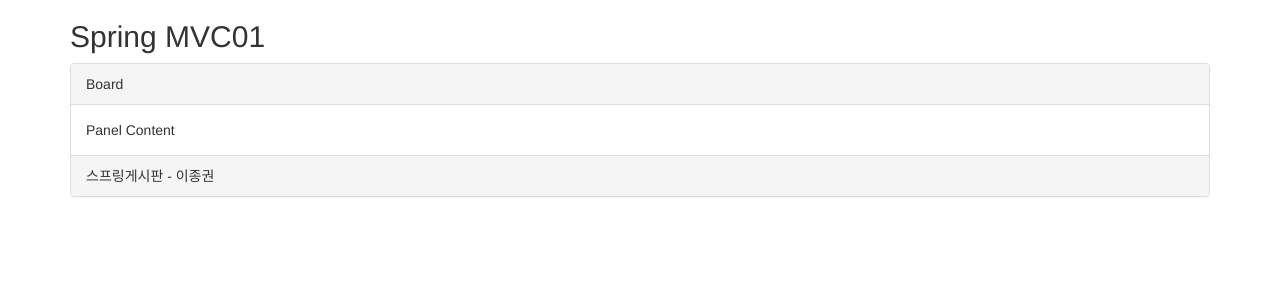
Repository: leejonggwon/PBG_SpringProject
Page: http://localhost/SpringMVC01/boardList.do
These files come from the project's save history. The page is drawn as it stood at one moment and after the next save; the edit follows.
The browser window is 1280 px wide. The pictures show the whole page.
The page is served by Tomcat 9. Other server files are loaded and not shown.

Above is the page before, as saved 2025-07-31 06:54:51.

### SpringMVC01/src/main/webapp/WEB-INF/views/boardList.jsp
<%@ page language="java" contentType="text/html; charset=UTF-8"
    pageEncoding="UTF-8"%>
<%@ taglib prefix="c" uri="http://java.sun.com/jsp/jstl/core"%>
<!DOCTYPE html>
<html>
<head>
<meta charset="UTF-8">
<title>Insert title here</title>
<link rel="stylesheet" href="https://maxcdn.bootstrapcdn.com/bootstrap/3.4.1/css/bootstrap.min.css">
<script src="https://ajax.googleapis.com/ajax/libs/jquery/3.7.1/jquery.min.js"></script>
<script src="https://maxcdn.bootstrapcdn.com/bootstrap/3.4.1/js/bootstrap.min.js"></script>
</head>
<body>
	<div class="container">
		<h2>Spring MVC01</h2>
		<div class="panel panel-default">
			<div class="panel-heading">Board</div>
			<div class="panel-body">Panel Content</div>
			<div class="panel-footer">스프링게시판 - 이종권</div>
		</div>
	</div>
</body>
</html>

After the next save:
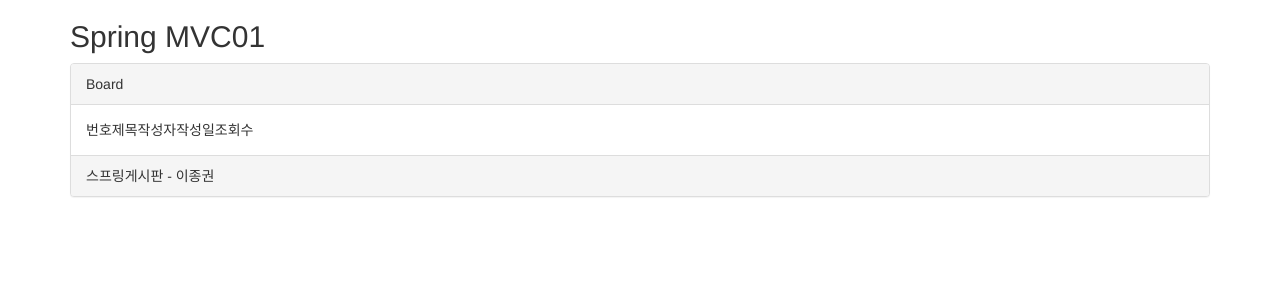
Saved 18 min 36 s later.
--- a/SpringMVC01/src/main/webapp/WEB-INF/views/boardList.jsp
+++ b/SpringMVC01/src/main/webapp/WEB-INF/views/boardList.jsp
@@ -15,7 +15,17 @@
 		<h2>Spring MVC01</h2>
 		<div class="panel panel-default">
 			<div class="panel-heading">Board</div>
-			<div class="panel-body">Panel Content</div>
+			<div class="panel-body">
+				<table>
+					<tr>
+						<td>번호</td>
+						<td>제목</td>
+						<td>작성자</td>
+						<td>작성일</td>
+						<td>조회수</td>
+					</tr>
+				</table>
+			</div>
 			<div class="panel-footer">스프링게시판 - 이종권</div>
 		</div>
 	</div>
